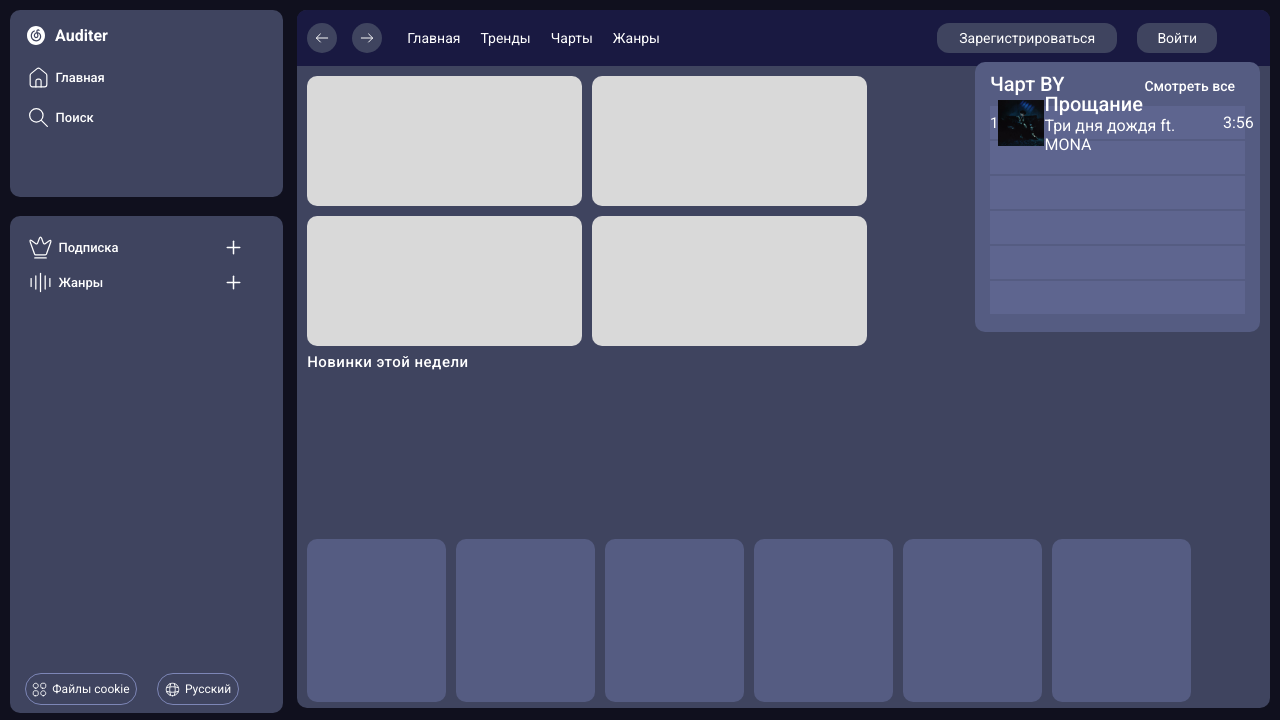
Repository: MaksimKrupkin/music_app
Page: /
An editor plug-in stored every save of this project. The page is shown before and after the next save, followed by the edit.
The browser window is 1280 px wide. The pictures show the whole page.
The project was rebuilt for these pictures with package versions that can differ from the ones it lists, and the page was loaded fresh each time. Also part of the build but not shown: vite.config.ts.

Above is the page before, as saved 2024-02-22 22:25:13.

### index.html
<!DOCTYPE html>
<html lang="en">
  <head>
    <link rel="preconnect" href="https://fonts.googleapis.com" />
    <link rel="preconnect" href="https://fonts.gstatic.com" crossorigin />
    <link
      href="https://fonts.googleapis.com/css2?family=Roboto:ital,wght@0,100;0,300;0,400;0,500;0,700;0,900;1,100;1,300;1,400;1,500;1,700;1,900&display=swap"
      rel="stylesheet" />

    <meta charset="UTF-8" />
    <link rel="icon" type="image/svg+xml" href="/vite.svg" />
    <meta name="viewport" content="width=device-width, initial-scale=1.0" />
    <title>Auditer</title>
  </head>
  <body>
    <div id="root"></div>
    <script type="module" src="/src/main.tsx"></script>
  </body>
</html>

### src/App.tsx
import React from 'react';
import './App.scss';
import MainPage_demo from './Pages/MainPage_demo/MainPage_demo';
function App() {
  return (
    <div>
      <MainPage_demo />
    </div>
  );
}

export default App;

### src/App.scss
* {
  margin: 0;
  padding: 0;
  border: 0;
  vertical-align: baseline;
  font-family: 'Roboto', sans-serif;
}
a,
a:link,
a:visited {
  text-decoration: none;
}
input:focus,
input:active,
button:focus,
button:active {
  outline: none;
}

### src/Pages/MainPage_demo/MainPage_demo.tsx
import React from 'react';
import styles from './MainPage_demo.module.scss';
import HigherSidebar from '../../Components/HigherSidebar/HigherSidebar';
import MainScreen from '../../Components/MainScreen/MainScreen';
import LowerSidebar from '../../Components/LowerSidebar/LowerSidebar';

export default function MainPage_demo() {
  return (
    <div className={styles.wrapper}>
      <HigherSidebar />
      <LowerSidebar />
      <MainScreen />
    </div>
  );
}

### src/Pages/MainPage_demo/MainPage_demo.module.scss
.wrapper {
  box-sizing: border-box;
  width: 100vw;
  height: 100vh;
  background-color: #10101e;
  color: white;
}

### src/Components/HigherSidebar/HigherSidebar.tsx
import React from 'react';
import styles from './HigherSidebar.module.scss';
import logo from '../../assets/img/logo.svg';
import home from '../../assets/img/home.svg';
import search from '../../assets/img/Search.svg';

export default function HigherSidebar() {
  return (
    <aside className={styles.higherSidebar}>
      <div className={styles.logo_wrapper}>
        <img className={styles.logo} src={logo} alt="Лого" />
        <strong className={styles.logo_text}>Auditer</strong>
      </div>
      <a className={styles.link_wrapper}>
        <img className={styles.img} src={home} alt="" />
        <span className={styles.text}>Главная</span>
      </a>
      <a className={styles.link_wrapper}>
        <img className={styles.img} src={search} alt="" />
        <span className={styles.text}>Поиск</span>
      </a>
    </aside>
  );
}

### src/Components/MainScreen/MainScreen.tsx
import React from 'react';
import styles from './MainScreen.module.scss';
import MainScreenHeader from '../MainScreenHeader/MainScreenHeader';
import Charts from './Charts/Charts';

export default function MainScreen() {
  return (
    <main className={styles.main}>
      <MainScreenHeader />
      <div className={styles.blocks}>
        <div className={styles.block}></div>
        <div className={styles.block}></div>
        <div className={styles.block}></div>
        <div className={styles.block}></div>
      </div>
      <Charts />
      <h2 className={styles.title}>Новинки этой недели</h2>
      <div className={styles.cards}>
        <div className={styles.card}></div>
        <div className={styles.card}></div>
        <div className={styles.card}></div>
        <div className={styles.card}></div>
        <div className={styles.card}></div>
        <div className={styles.card}></div>
      </div>
    </main>
  );
}

### src/Components/LowerSidebar/LowerSidebar.tsx
import React from 'react';
import styles from './LowerSidebar.module.scss';
import subscribe from '../../assets/img/subscribe.svg';
import plus from '../../assets/img/add.svg';
import genres from '../../assets/img/genres.svg';
import cookie from '../../assets/img/cookie.svg';
import language from '../../assets/img/language.svg';

export default function LowerSidebar() {
  return (
    <aside className={styles.lowerSidebar}>
      <div className={styles.link_wrapper}>
        <img className={styles.img} src={subscribe} alt="" />
        <span className={styles.text}>Подписка</span>
        <div className={styles.plus_wrapper}>
          <img className={styles.plus} src={plus} alt="" />
        </div>
      </div>
      <div className={styles.link_wrapper}>
        <img className={styles.img} src={genres} alt="" />
        <span className={styles.text}>Жанры</span>
        <div className={styles.plus_wrapper}>
          <img className={styles.plus} src={plus} alt="" />
        </div>
      </div>
      <div className={styles.bottom_elements}>
        <div className={styles.cookies_wrapper}>
          <img className={styles.img} src={cookie} alt="" />
          <span className={styles.text}>Файлы cookie</span>
        </div>
        <div className={styles.language_wrapper}>
          <img className={styles.img} src={language} alt="" />
          <span className={styles.text}>Русский</span>
        </div>
      </div>
    </aside>
  );
}

### src/Components/HigherSidebar/HigherSidebar.module.scss
.higherSidebar {
  position: fixed;
  top: 0;
  box-sizing: border-box;
  display: flex;
  flex-direction: column;
  align-items: start;
  gap: 15px;
  width: 21.3%;
  height: 26%;
  margin: 10px;
  border-radius: 10px;
  background-color: #3f445f;
  padding-top: 16px;
  padding-left: 18.6px;
}

.logo_wrapper {
  box-sizing: border-box;
  margin-left: -2px;
  display: flex;
  flex-direction: row;
  justify-content: space-between;
  gap: 5px;
  align-items: center;
  width: 32%;
  margin-bottom: 5px;
}
.logo {
  width: 18.63px;
  height: 18.63px;
}
.logo_text {
  color: #fff;
  font-size: 16px;
  font-style: normal;
  font-weight: 600;
  line-height: normal;
}
.link_wrapper {
  margin-left: -3px;
  display: flex;
  align-items: center;
  gap: 5px;
  cursor: pointer;
  .img {
    width: 25px;
    height: 25px;
  }
  .text {
    font-size: 13px;
    font-weight: 500;
    transition: all 0.2s ease-in;
  }
  .text:hover {
    color: rgb(205, 205, 226);
  }
}

### src/Components/MainScreen/MainScreen.module.scss
.main {
  box-sizing: border-box;
  position: fixed;
  top: 0;
  right: 0;
  margin: 10px;
  background-color: #3f445f;
  width: 76%;
  height: 97%;
  border-radius: 10px;
}
.blocks {
  margin-top: 10px;
  margin-left: 10px;
  width: 560px;
  display: flex;
  flex-wrap: wrap;
  gap: 10px;
  justify-content: space-between;
  align-items: center;
  margin-bottom: 7px;
}
.block {
  width: 275px;
  height: 130px;
  background-color: #d9d9d9;
  border-radius: 10px;
}

.title {
  margin-left: 10px;
  font-size: 15px;
  font-weight: 500;
  letter-spacing: 0.5px;
}
.cards {
  position: inherit;
  bottom: 8px;
  margin: 10px;
  display: flex;
  align-items: center;
  gap: 10px;
  width: 100%;
}
.card {
  width: 139px;
  height: 163px;
  background-color: #555c82;
  border-radius: 10px;
}

### src/Components/MainScreenHeader/MainScreenHeader.tsx
import React from 'react';
import styles from './MainScreenHeader.module.scss';
import leftArrow from '../../assets/img/leftArrow.svg';
import rightArrow from '../../assets/img/rightArrow.svg';

export default function MainScreenHeader() {
  return (
    <header className={styles.header}>
      <div className={styles.arrows}>
        <div className={styles.wrapper}>
          <img src={leftArrow} className={styles.arrow} alt="" />
        </div>
        <div className={styles.wrapper}>
          <img className={styles.arrow} src={rightArrow} alt="" />
        </div>
      </div>
      <nav className={styles.navigation}>
        <ul>
          <li>
            <a className={styles.link}>Главная</a>
          </li>
          <li>
            <a className={styles.link}>Тренды</a>
          </li>
          <li>
            <a className={styles.link}>Чарты</a>
          </li>
          <li>
            <a className={styles.link}>Жанры</a>
          </li>
        </ul>
      </nav>
      <div className={styles.buttons}>
        <a className={styles.button_wrapper}>
          <span className={styles.text}>Зарегистрироваться</span>
        </a>
        <a className={styles.button_wrapper}>
          <span className={styles.text}>Войти</span>
        </a>
      </div>
    </header>
  );
}

### src/Components/MainScreen/Charts/Charts.tsx
import React from 'react';
import styles from './Charts.module.scss';
import image1 from '../../../assets/img/image.png';

export default function Charts() {
  return (
    <section className={styles.charts}>
      <h2 className={styles.title}>Чарт BY</h2>
      <a className={styles.link}>Смотреть все</a>
      <div className={styles.track_wrapper}>
        <span className={styles.position}>1</span>
        <img className={styles.image} src={image1} alt="" />
        <div className={styles.info}>
          <span className={styles.title}>Прощание</span>
          <span className={styles.author}>Три дня дождя ft. MONA</span>
        </div>
        <span className={styles.duration}>3:56</span>
      </div>
      <div className={styles.track_wrapper}></div>

      <div className={styles.track_wrapper}></div>

      <div className={styles.track_wrapper}></div>
      <div className={styles.track_wrapper}></div>
      <div className={styles.track_wrapper}></div>
    </section>
  );
}

### src/Components/LowerSidebar/LowerSidebar.module.scss
.lowerSidebar {
  position: fixed;
  top: 30%;
  box-sizing: border-box;
  display: flex;
  flex-direction: column;
  align-items: space-between;
  gap: 5px;
  width: 21.3%;
  height: 69%;
  margin: 10px;
  margin-top: 0;
  border-radius: 10px;
  background-color: #3f445f;
  padding-top: 16px;
  padding-left: 20.6px;
  padding-right: 18.6px;
}
.link_wrapper {
  margin-left: -3px;
  display: flex;
  align-items: center;
  gap: 5px;
  cursor: pointer;
  .img {
    width: 25px;
    height: 25px;
  }
  .text {
    font-size: 13px;
    font-weight: 500;
    transition: all 0.2s ease-in;
    width: 155px;
    margin-left: 1px;
  }
  .text:hover {
    color: rgb(205, 205, 226);
  }
  .plus_wrapper {
    display: flex;
    align-items: center;
    justify-content: center;
    width: 30px;
    height: 30px;
    border-radius: 50%;
    transition: all 0.2s ease-in-out;
    .plus {
      margin: 0;
      padding: 0;
      width: 25px;
      height: 25px;
      border-radius: 50%;
    }
  }
  .plus_wrapper:hover {
    background-color: #484d69;
  }
}

.bottom_elements {
  position: inherit;
  bottom: 15px;
  left: 25px;
  display: flex;
  align-items: center;
  gap: 20px;
  .cookies_wrapper {
    border: 1.5px solid #7d86b6;
    border-radius: 25px;
    padding: 5px;
    width: 100px;
    height: 20px;
    display: flex;
    justify-content: center;
    gap: 5px;
    align-items: center;
    transition: all 0.2s ease-out;
    cursor: pointer;
  }
  .cookies_wrapper:hover {
    border: 1.5px solid white;
  }
  .language_wrapper {
    border: 1.5px solid #7d86b6;
    border-radius: 25px;
    padding: 5px;
    width: 70px;
    height: 20px;
    display: flex;
    gap: 5px;
    align-items: center;
    justify-content: center;
    transition: all 0.2s ease-out;
    cursor: pointer;
  }
  .language_wrapper:hover {
    border: 1.5px solid white;
  }
  .img {
    width: 15px;
  }
  .text {
    font-size: 12px;
  }
}

### src/Components/MainScreenHeader/MainScreenHeader.module.scss
.header {
  box-sizing: border-box;
  width: 100%;
  height: 8%;
  border-top-right-radius: 9px;
  border-top-left-radius: 9px;
  background-color: #191941;
  display: flex;
  align-items: center;
  padding: 5px;
  padding-left: 10px;
}
.arrows {
  width: 75px;
  display: flex;
  align-items: center;
  justify-content: space-between;
  .wrapper {
    width: 30px;
    height: 30px;
    border-radius: 50%;
    background-color: #3f445f;
    display: flex;
    justify-content: center;
    align-items: center;
    transition: all 0.2s ease-in;
  }
  .wrapper:hover {
    background-color: #4a4f6c;
  }
  .arrow {
    width: 16px;
  }
}

.navigation {
  width: 500px;
  display: flex;
  align-items: center;
  margin-left: 25px;
  ul {
    list-style-type: none;
    display: flex;
    align-items: center;
    gap: 20px;
  }
  .link {
    font-size: 14px;
    cursor: pointer;
    transition: all 0.2s ease-in;
  }
  .link:hover {
    color: rgb(224, 217, 217);
  }
}

.buttons {
  width: 300px;
  margin-left: 30px;
  display: flex;
  align-items: center;
  gap: 10px;
  font-size: 14px;
  .button_wrapper:first-child {
    display: flex;
    justify-content: center;
    align-items: center;
    background-color: #3f445f;
    height: 30px;
    width: 180px;
    border-radius: 12px;
    margin-right: 10px;
  }
  .button_wrapper:last-child {
    display: flex;
    justify-content: center;
    align-items: center;
    background-color: #3f445f;
    height: 30px;
    width: 80px;
    border-radius: 12px;
  }
}

### src/Components/MainScreen/Charts/Charts.module.scss
.charts {
  position: inherit;
  box-sizing: border-box;
  top: 62px;
  right: 20px;
  width: 285px;
  height: 270px;
  background-color: #555c82;
  border-radius: 10px;
  padding: 15px;
  padding-top: 10px;
  .title {
    font-size: 20px;
    font-weight: 500;
    display: inline-block;
    margin-right: 80px;
  }
  .link {
    display: inline-block;
    font-weight: 500;
    font-size: 14px;
    margin-bottom: 12px;
    cursor: pointer;
  }
  .track_wrapper {
    width: 100%;
    height: 33px;
    margin-bottom: 2px;
    background-color: #5e658f;
    display: flex;
    align-items: center;
    .position {
      font-weight: normal;
      font-size: 15px;
    }
    .image {
    }
    .info {
    }
    .title {
    }
    .author {
    }
    .duration {
    }
  }
}

Loaded but not shown: src/main.tsx (common file)

After the next save:
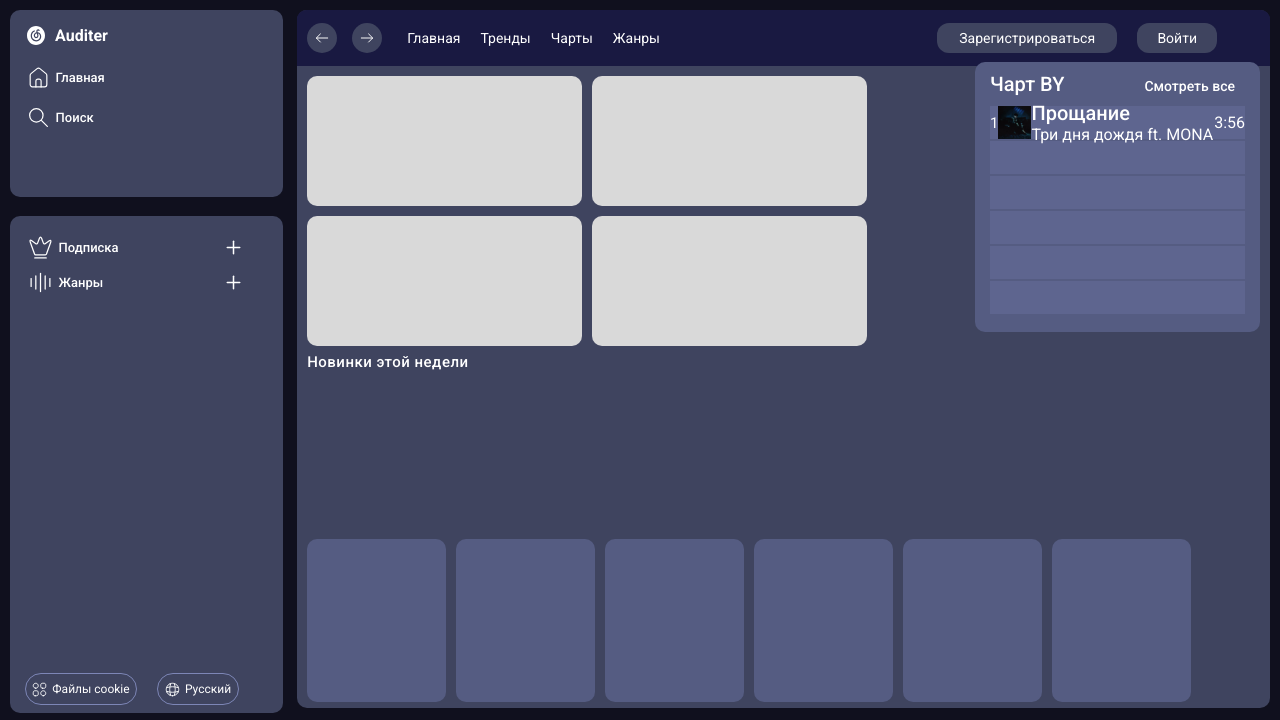
Saved 16 s later.
--- a/src/Components/MainScreen/Charts/Charts.module.scss
+++ b/src/Components/MainScreen/Charts/Charts.module.scss
@@ -34,6 +34,8 @@
       font-size: 15px;
     }
     .image {
+      width: 33px;
+      height: 33px;
     }
     .info {
     }
